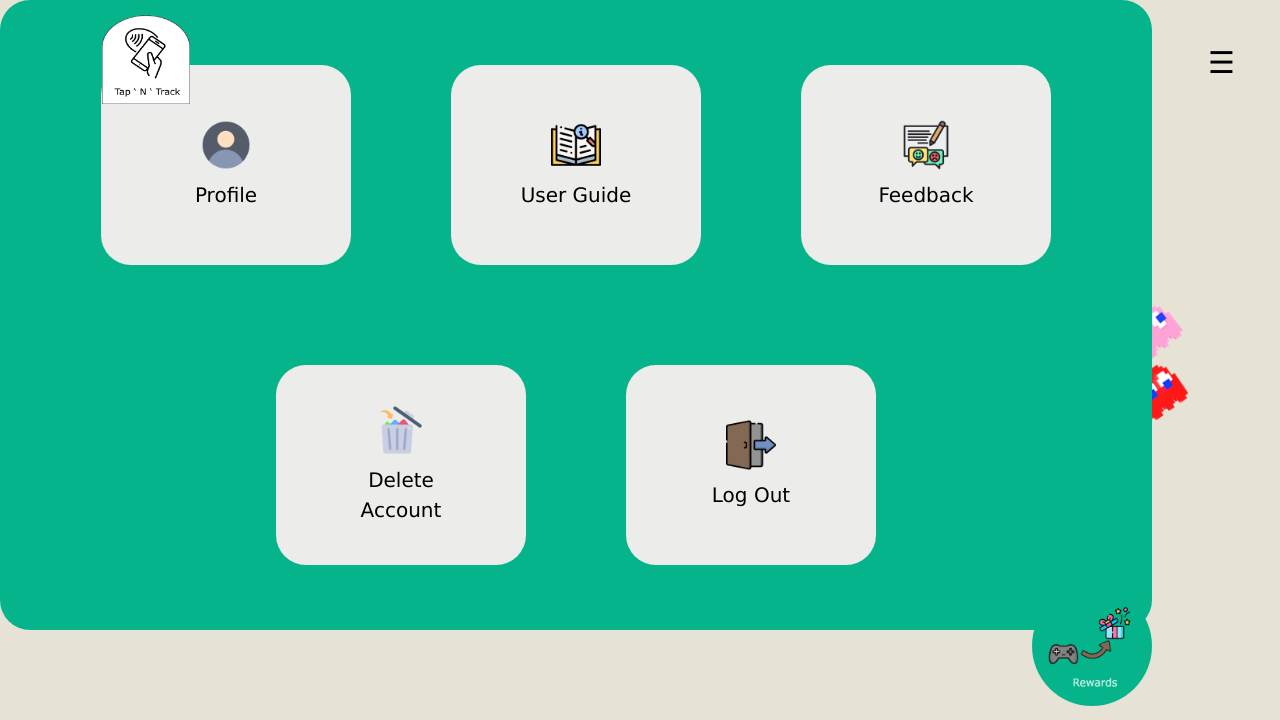
Repository: ruiienn/FYP
Page: http://localhost/more
An editor plug-in stored every save of this project. The page is shown before and after the next save, followed by the edit.
The browser window is 1280 px wide. The pictures show the whole page.
The page is this project's Thymeleaf template; nobody is signed in. The template is opened directly, without the code that normally fills it, so the values that code supplies are empty.

Above is the page before, as saved 2024-11-19 11:50:06.

After the next save:
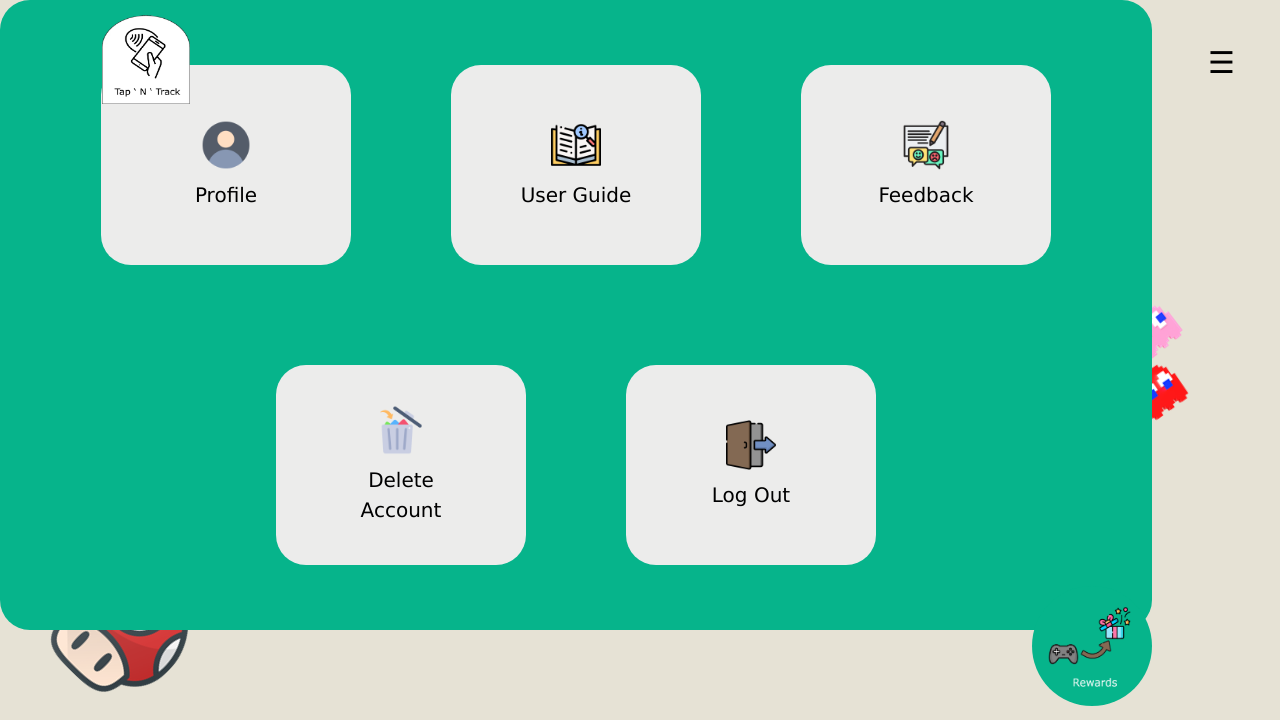
Saved 11 s later.
--- a/FYP2/src/main/resources/templates/fragments/style.html
+++ b/FYP2/src/main/resources/templates/fragments/style.html
@@ -8,7 +8,7 @@
 	/* background-position: right 50px, bottom 80px; */
 	background-repeat: no-repeat;
 	background-attachment: fixed;
-	background-position: left 2% center, right 50px center;
+	background-position: left 2% bottom, right 50px center;
 
 }
 
